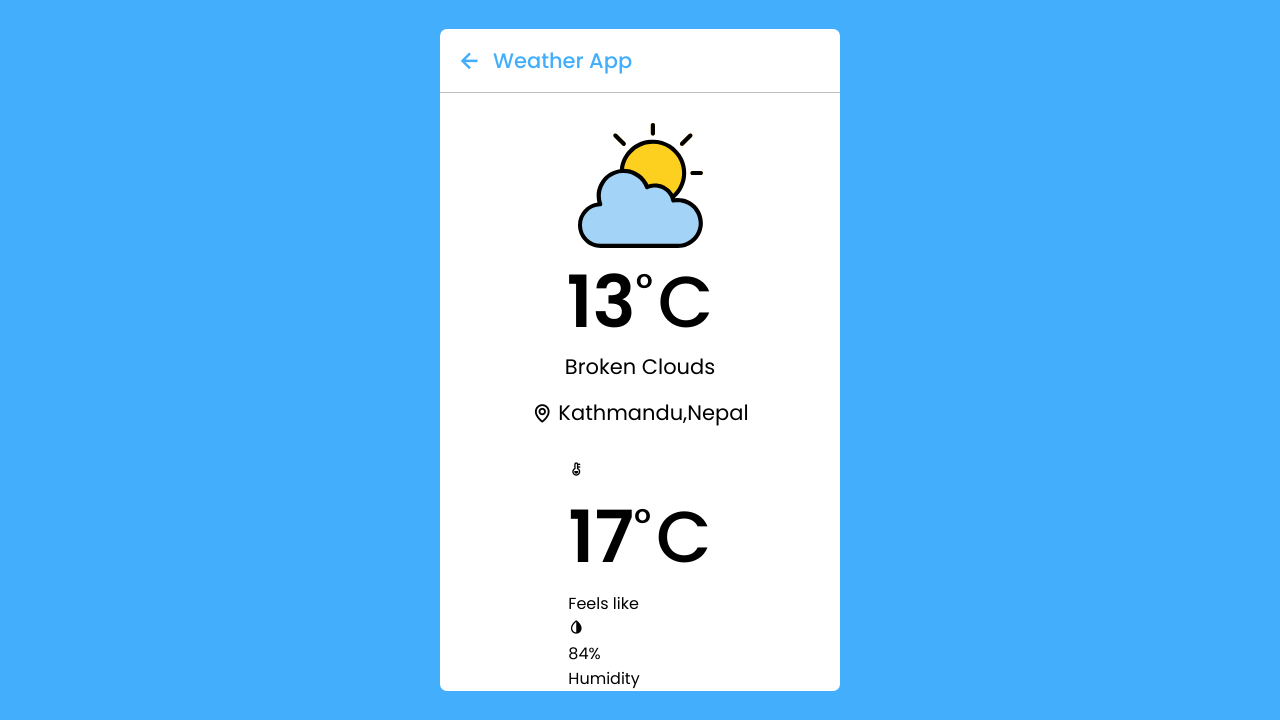
Repository: long13820/Weather-App-HTML-CSS-Javascript
Page: index.html
An editor plug-in stored every save of this project. The page is shown before and after a run of saves, followed by the edit.
The browser window is 1280 px wide. The pictures show the whole page.

Above is the page before, as saved 2021-09-02 11:30:19.

After the next 12 saves:
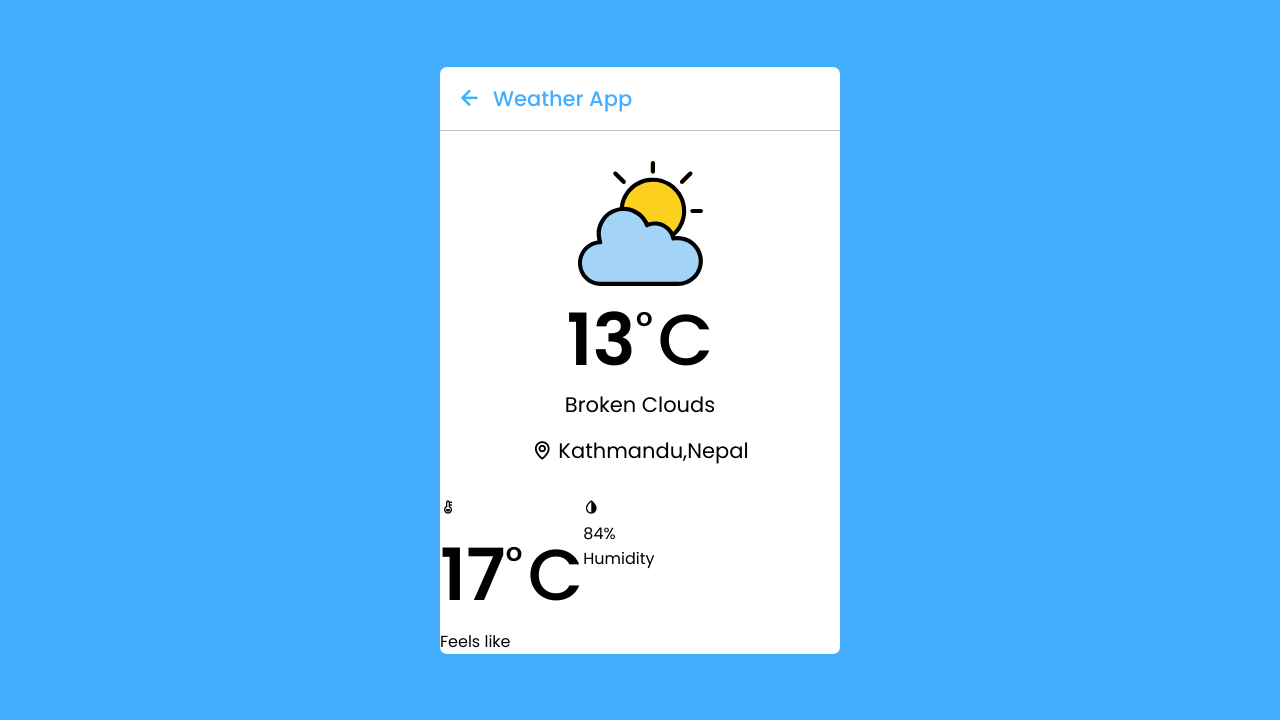
The 12 saves are shown as one change because they came seconds apart.
The last was saved 25 s later.
--- a/style.css
+++ b/style.css
@@ -133,5 +133,7 @@ header i{
     margin-right: 5px;
 }
 .weather-part .bottom-details{
-
+    width: 100%;
+    display: flex;
+    ali
 }
